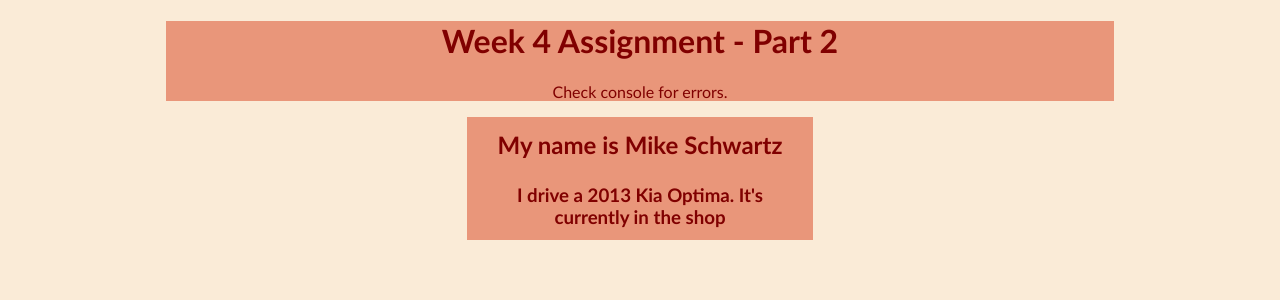
Repository: Ellusionism/prime-pw-week-4-assignment-part-2
Page: assignment/index.html
The author's editor kept a copy of each file at every save. The page is drawn from the files as they stood at one save, then again after the next save.
The browser window is 1280 px wide. The pictures show the whole page.

Above is the page before, as saved 2022-11-16 18:02:15.

### assignment/index.html
<!DOCTYPE html>
<meta name="viewport" content="width=device-width">
<html lang="en-US">
  <head>
    <meta charset="utf-8">
    <title>Week 4 Assignment</title>
    <link rel="stylesheet" href="stylesheet.css">
    <!-- Create and CSS file -->
  </head>
  <body>
    <header class="homepageHeader">
      <h1>Week 4 Assignment - Part 2</h1>
      <p>Check console for errors.</p>
  </header>
  <div>
    <h2 class="info"> My name is Mike Schwartz </h2>
  </div>
  <h3 class="info">I drive a 2013 Kia Optima. It's currently in the shop</h3>
  </body>
</html>

### assignment/stylesheet.css
body {
 font-family:'Trebuchet MS', 'Lucida Sans Unicode', 'Lucida Grande', 'Lucida Sans', Arial, sans-serif;
 background-color:antiquewhite;
}

.homepageHeader {
 background-color:darksalmon;
 text-align: center;
 width: 75%;
 display: block;
 margin: auto;
 color: maroon;
}

.info {
 background-color:darksalmon;
 width: 20rem;
 text-align: center;
 padding: 1%;
 display: block;
 margin: auto ;
 color: maroon;
}

After the next save:
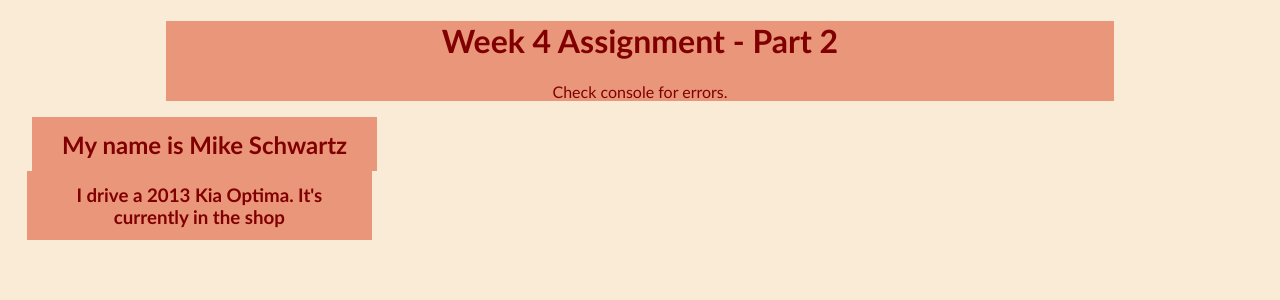
Saved 5 s later.
--- a/assignment/stylesheet.css
+++ b/assignment/stylesheet.css
@@ -18,6 +18,6 @@ body {
  text-align: center;
  padding: 1%;
  display: block;
- margin: auto ;
+ margin: auto 1em;
  color: maroon;
 }
